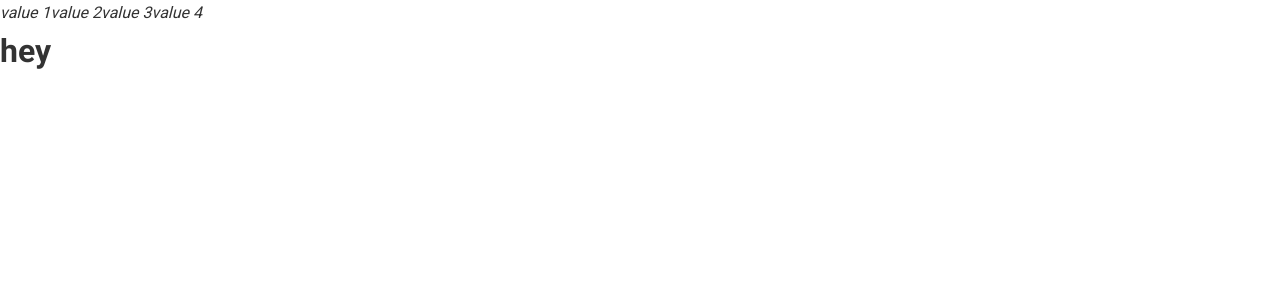
Repository: cherguiyacine/gitHubSearch
Page: /
The author's editor kept a copy of each file at every save. The page is drawn from the files as they stood at one save, then again after a run of saves.
The browser window is 1280 px wide. The pictures show the whole page.
The project was rebuilt for these pictures with package versions that can differ from the ones it lists, and the page was loaded fresh each time. Also part of the build but not shown: src/Component/Layout/Navbar.js, src/Component/Users/UserItem.js, src/Component/Layout/Spinner.js, src/Component/Users/Users.js, src/Component/Users/Search.js, src/Component/Layout/Alert.js.

Above is the page before, as saved 2019-11-22 13:55:32.

### public/index.html
<!DOCTYPE html>
<html lang="en">
  <head>
    <meta charset="utf-8" />
    <link rel="icon" href="%PUBLIC_URL%/favicon.ico" />
    <meta name="viewport" content="width=device-width, initial-scale=1" />
    <meta name="theme-color" content="#000000" />
    <meta
      name="description"
      content="Web site created using create-react-app"
    />
    <link rel="apple-touch-icon" href="logo192.png" />

    <link rel="manifest" href="%PUBLIC_URL%/manifest.json" />
    <link
      rel="stylesheet"
      href="https://cdnjs.cloudflare.com/ajax/libs/font-awesome/4.7.0/css/font-awesome.min.css"
    />
    <link
      rel="stylesheet"
      href="https://fonts.googleapis.com/css?family=Roboto:300,400,500,700&display=swap"
    />
    <link
      rel="stylesheet"
      href="https://fonts.googleapis.com/icon?family=Material+Icons"
    />

    <title>Yacine App</title>
  </head>
  <body>
    <noscript>You need to enable JavaScript to run this app.</noscript>
    <div id="root"></div>
  </body>
</html>

### src/index.js
import React from "react";
import ReactDOM from "react-dom";
import "./index.css";
import App from "./App";
import Authentification from "./Authentification";
import * as serviceWorker from "./serviceWorker";

ReactDOM.render(<App />, document.getElementById("root"));

// If you want your app to work offline and load faster, you can change
// unregister() to register() below. Note this comes with some pitfalls.
// Learn more about service workers: https://bit.ly/CRA-PWA
serviceWorker.unregister();

### src/App.js
import React from "react";
import Navbar from "./Component/Layout/Navbar";
import Users from "./Component/Users/Users";
import Search from "./Component/Users/Search";
import Alert from "./Component/Layout/Alert";

import axios from "axios";
import Authentification from "./Authentification";
import "./App.css";

class App extends React.Component {
  state = {
    users: [],
    loading: false,
    alert: null
  };

  searchUser = async text => {
    this.setState({ loading: true });

    const res = await axios.get(
      `https://api.github.com/search/users?q=${text}&client_id=${process.env.REACT_APP_GITHUB_CLIENT_ID}&
      client_secret=${process.env.REACT_APP_GITHUB_CLIENT_SECRET}`
    );
    this.setState({ users: res.data.items, loading: false });
  };

  clearUsers = () => this.setState({ users: [], loading: false });
  alert = (msg, type) => {
    console.log(msg);
    this.setState({ alert: { msg: msg, type: type } });
    setTimeout(() => this.setState({ alert: null }), 4000);
  };
  render() {
    return (
      // <div className='App'>
      //   <Navbar title='Yacine CHERGUI' icon='fa fa-wheelchair'></Navbar>
      //   <Alert alert={this.state.alert}></Alert>
      //   <div className='container'>
      //     <Search
      //       searchUser={this.searchUser}
      //       clearUsers={this.clearUsers}
      //       clearBtn={this.state.users.length}
      //       alert={this.alert}
      //     />

      //     <Users Users={this.state.users} loading={this.state.loading} />
      //   </div>
      // </div>
      <Authentification></Authentification>
    );
  }
}

export default App;

### src/Authentification.js
import React, { Component } from "react";

export class Authentification extends Component {
  todos = [
    { id: 1, text: "value 1" },
    { id: 2, text: "value 2" },
    { id: 3, text: "value 3" },
    { id: 4, text: "value 4" }
  ];
  render() {
    return (
      <div>
        {this.todos.map(todo => (
          <i>{todo.text}</i>
        ))}
        <h1>hey</h1>
      </div>
    );
  }
}

export default Authentification;

Loaded but not shown: src/index.css (common file); src/serviceWorker.js (common file); src/App.css (common file)

After the next 2 saves:
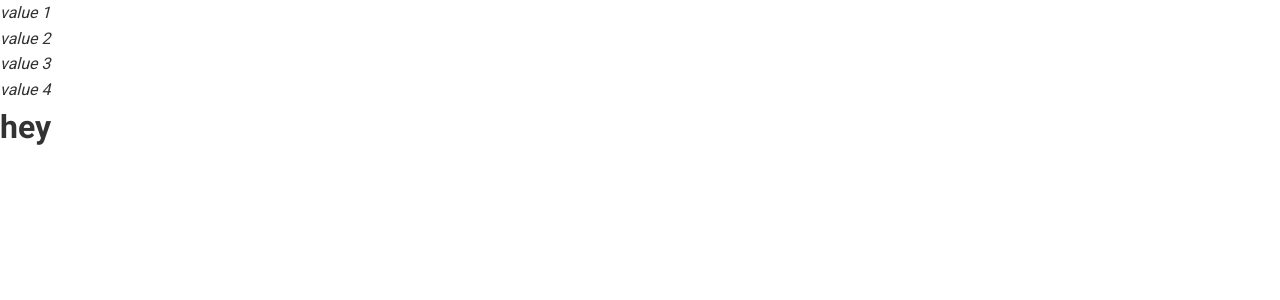
The 2 saves are shown as one change because they came seconds apart.
The last was saved 17 s later.
--- a/src/Authentification.js
+++ b/src/Authentification.js
@@ -11,7 +11,9 @@ export class Authentification extends Component {
     return (
       <div>
         {this.todos.map(todo => (
-          <i>{todo.text}</i>
+          <ul>
+            <i>{todo.text}</i>
+          </ul>
         ))}
         <h1>hey</h1>
       </div>
